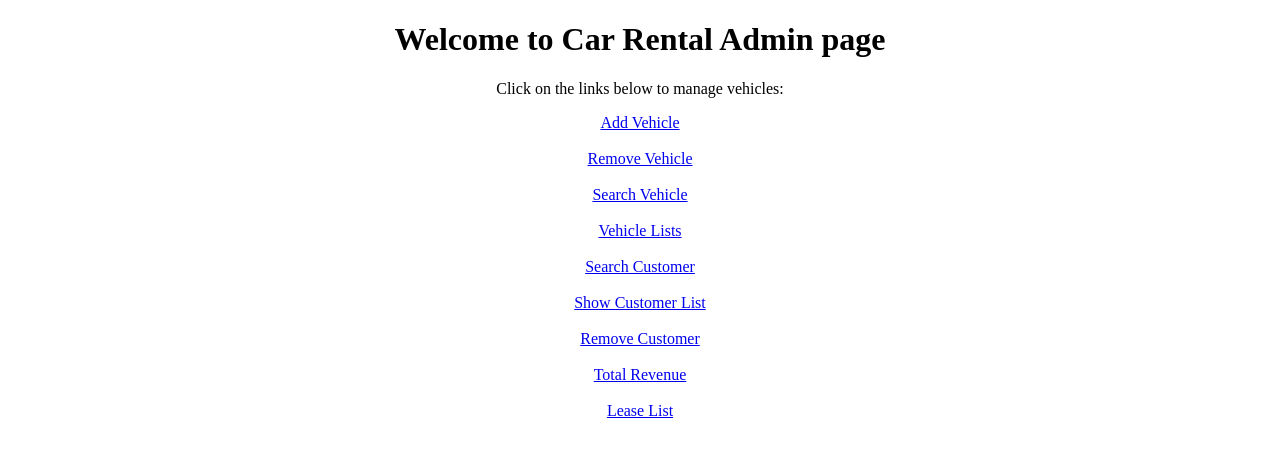
Repository: harsh23012/InfiniteProjects
Page: CarRent/carrent/src/main/webapp/AdminPage.html
The author's editor kept a copy of each file at every save. The page is drawn from the files as they stood at one save, then again after the next save.
The browser window is 1280 px wide. The pictures show the whole page.

Above is the page before, as saved 2025-05-05 07:16:20.

After the next save:
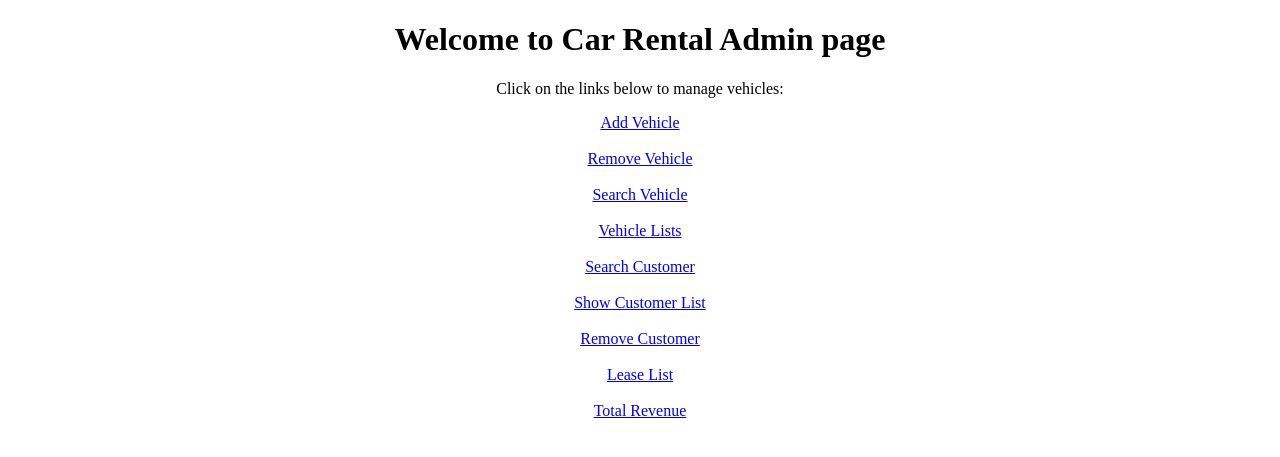
Saved 15 s later.
--- a/CarRent/carrent/src/main/webapp/AdminPage.html
+++ b/CarRent/carrent/src/main/webapp/AdminPage.html
@@ -31,11 +31,11 @@
         <!-- Link to remove Customer -->
         <a href="RemoveCustomer.html">Remove Customer</a><br><br>
 
+        <!-- Link to show Lease List -->
+        <a href="LeaseList.html">Lease List</a><br><br>
+
         <!-- Link to See Total Revenuer -->
-        <a href="TotalRevenue.html">Total Revenue</a><br><br>
-
-        <!-- Link to show Lease List -->
-        <a href="LeaseList.html">Lease List</a>
+        <a href="TotalRevenue.html">Total Revenue</a>
 	</center>
 
 
